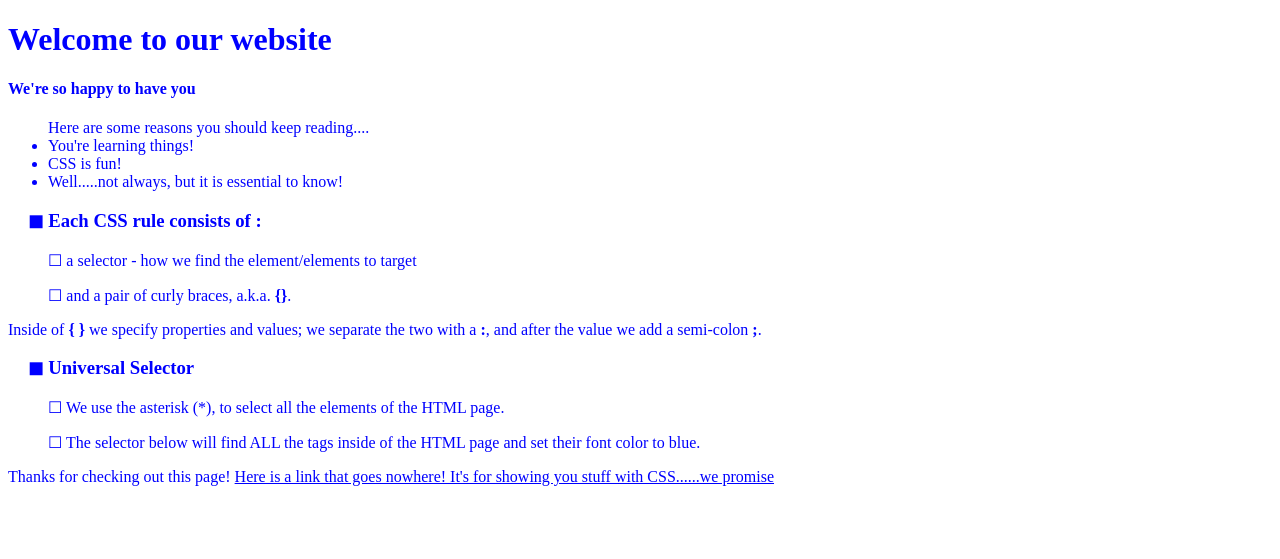
Repository: AnnaSpirit/Tests__
Page: CSS/Useful_Selectors.html
An editor plug-in stored every save of this project. The page is shown before and after a run of saves, followed by the edit.
The browser window is 1280 px wide. The pictures show the whole page.

Above is the page before, as saved 2024-04-01 12:27:21.

### CSS/Useful_Selectors.html
<!DOCTYPE html>
<html lang="en">
<head>
    <meta charset="UTF-8">
    <meta name="viewport" content="width=device-width, initial-scale=1.0">
    <title>Useful Selectors</title>
    <link rel="stylesheet" href="style_Selectors.css">
</head>
<body>
    <header>
        <h1>Welcome to our website</h1>
        <h4>We're so happy to have you</h4>
    </header>
    <section>
        <ul> Here are some reasons you should keep reading....
            <li>You're learning things!</li>
            <li>CSS is fun!</li>
            <li>Well.....not always, but it is essential to know!</li>
        </ul>
    </section>
    <section>
        <h3 style="padding-left: 20px;"> &#9724; Each CSS rule consists of :</h3>
            <p style="padding-left: 40px;"> &#9744; a selector - how we find the element/elements to target</p>
            <p style="padding-left: 40px;"> &#9744; and a pair of curly braces, a.k.a. <b>{}</b>.</p>
            <p>Inside of <b>{ }</b> we specify properties and values; we separate the two with a <b>:</b>, and after the value we add a semi-colon <b>;</b>.</p>

        </h3>
        <h3 style="padding-left: 20px;"> &#9724; Universal Selector</h3>
        <p style="padding-left: 40px;">&#9744; We use the asterisk (*), to select all the elements of the HTML page. </p>
        <p style="padding-left: 40px;">&#9744; The selector below will find ALL the tags inside of the HTML page and set their font color to blue.</p>
    </section>
    <footer>
        <p>
            Thanks for checking out this page!
            <a href="#">Here is a link that goes nowhere! It's for showing you stuff with CSS......we promise</a>
        </p>
    </footer>
</body>
</html>

### CSS/style_Selectors.css
/* Universal Selector */
* {
    color: blue;
}

After the next 2 saves:
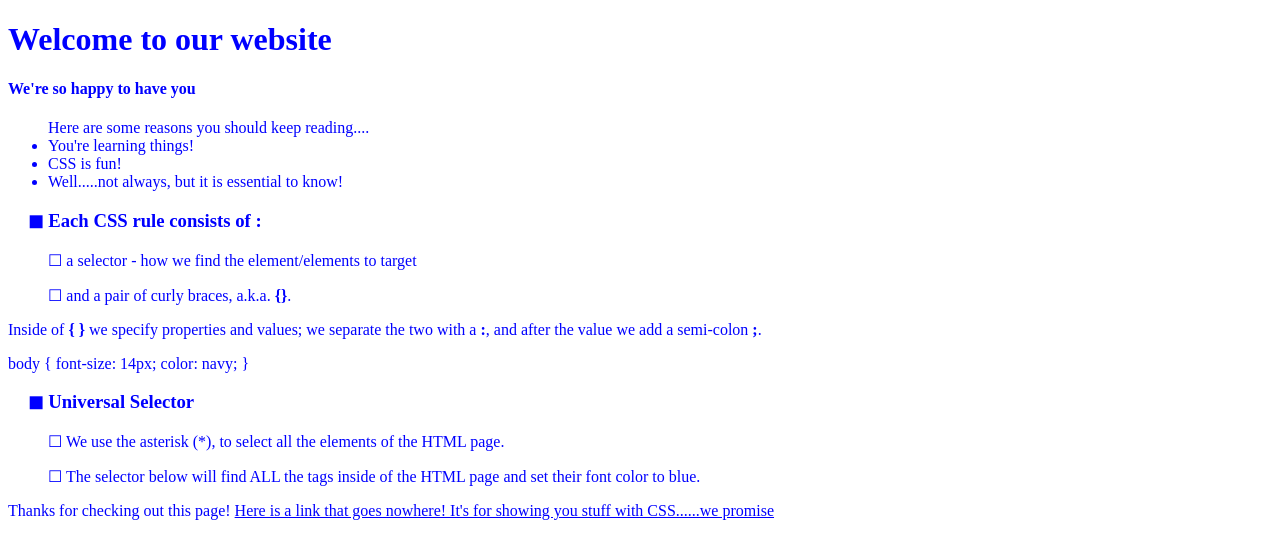
The 2 saves are shown as one change because they came seconds apart.
The last was saved 16 s later.
--- a/CSS/Useful_Selectors.html
+++ b/CSS/Useful_Selectors.html
@@ -23,7 +23,10 @@
             <p style="padding-left: 40px;"> &#9744; a selector - how we find the element/elements to target</p>
             <p style="padding-left: 40px;"> &#9744; and a pair of curly braces, a.k.a. <b>{}</b>.</p>
             <p>Inside of <b>{ }</b> we specify properties and values; we separate the two with a <b>:</b>, and after the value we add a semi-colon <b>;</b>.</p>
-
+            <span>body {
+            font-size: 14px;
+            color: navy;
+            }</span>
         </h3>
         <h3 style="padding-left: 20px;"> &#9724; Universal Selector</h3>
         <p style="padding-left: 40px;">&#9744; We use the asterisk (*), to select all the elements of the HTML page. </p>
